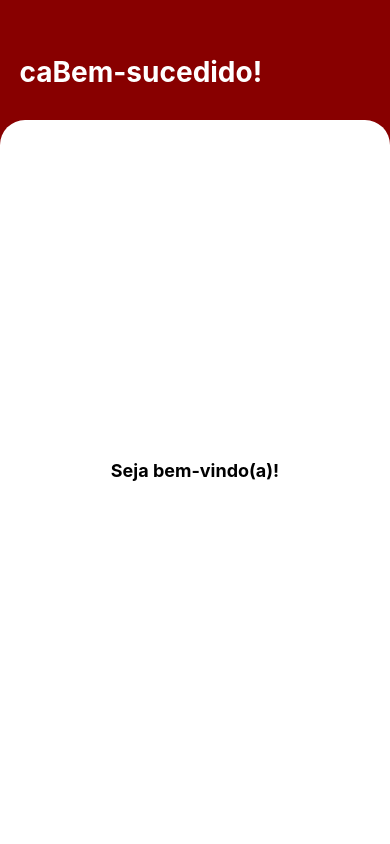
Repository: Matheus904-12/Login-React
Screen: /sucedido (app in SENAI/)
The author's editor kept a copy of each file at every save. The screen is drawn from the files as they stood at one save, then again after the next save.
The app was drawn by React Native's web renderer in a window 390 px wide. The project was rebuilt for these pictures with package versions that can differ from the ones it lists, and the page was loaded fresh each time. Some packages were replaced by stand-ins written for this rebuild. Also part of the build but not shown: SENAI/pages/entrada.js, SENAI/pages/cadastro.js.

Above is the screen before, as saved 2024-04-29 19:38:51.

After the next save:
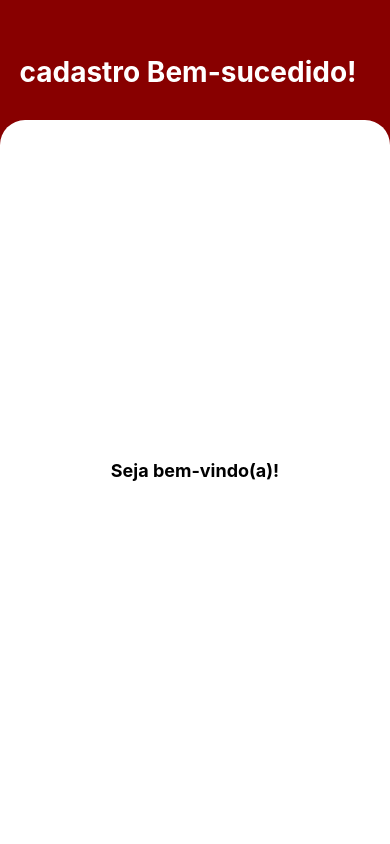
Saved 4 s later.
--- a/SENAI/pages/sucedido.js
+++ b/SENAI/pages/sucedido.js
@@ -8,7 +8,7 @@
         <View style={styles.container}>
 
             <Animatable.View animation="fadeInLeft" delay={500} style={styles.containerHeader}>
-                <Text style={styles.message}>caBem-sucedido!</Text>
+                <Text style={styles.message}>cadastro Bem-sucedido!</Text>
             </Animatable.View>
 
             <Animatable.View animation="fadeInUp" style={styles.containerForm}>
